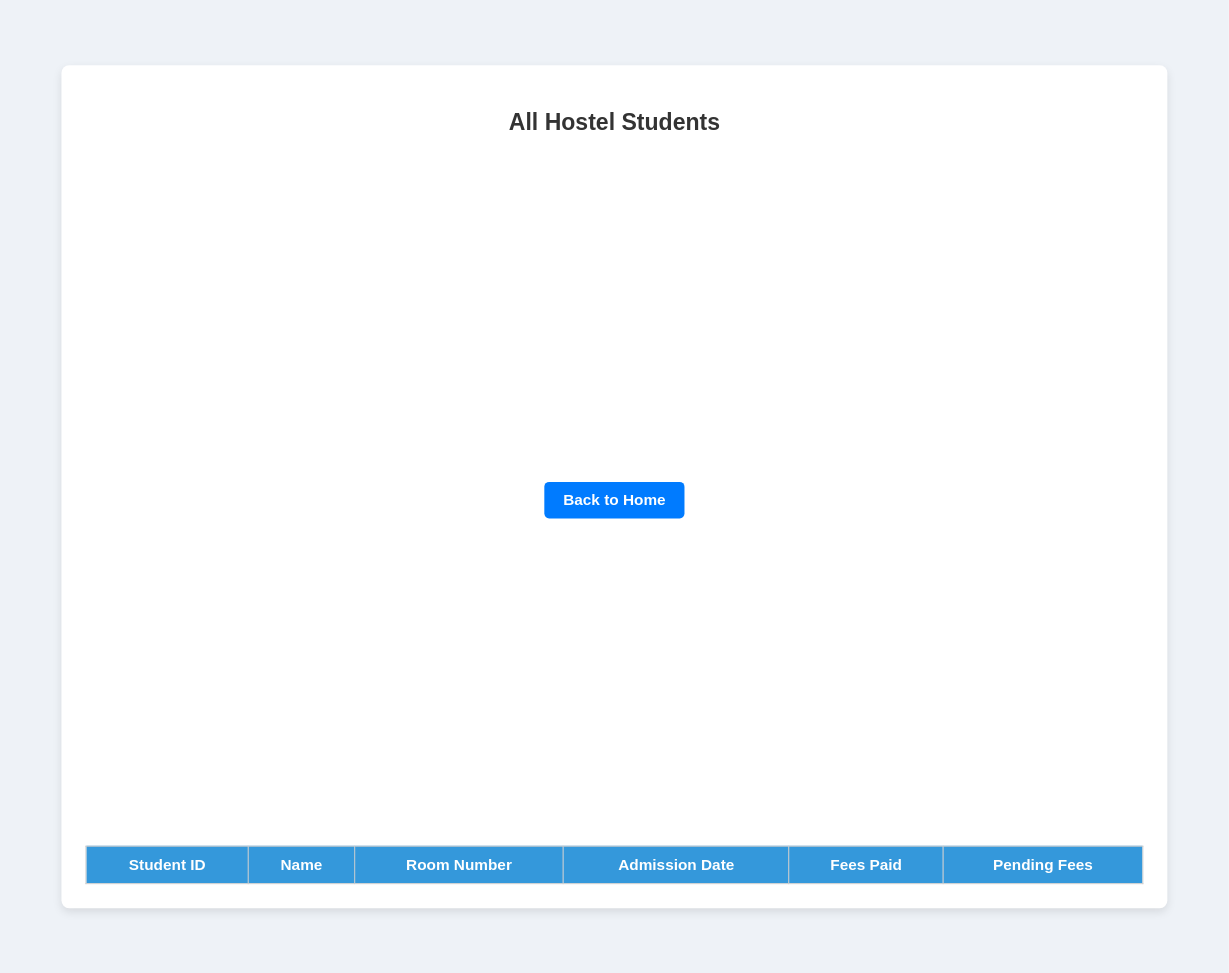
Repository: Adhyashetty-bit/Hostel-Management-System
Page: http://localhost/HostelWebApp/studentdisplay.jsp
The author's editor kept a copy of each file at every save. The page is drawn from the files as they stood at one save, then again after the next save.
The browser window is 1280 px wide. The pictures show the whole page, at 96% of full size.
The page is served by Tomcat 9. Queries for data that is not in the repository find no rows.

Above is the page before, as saved 2025-05-28 06:18:20.

After the next save:
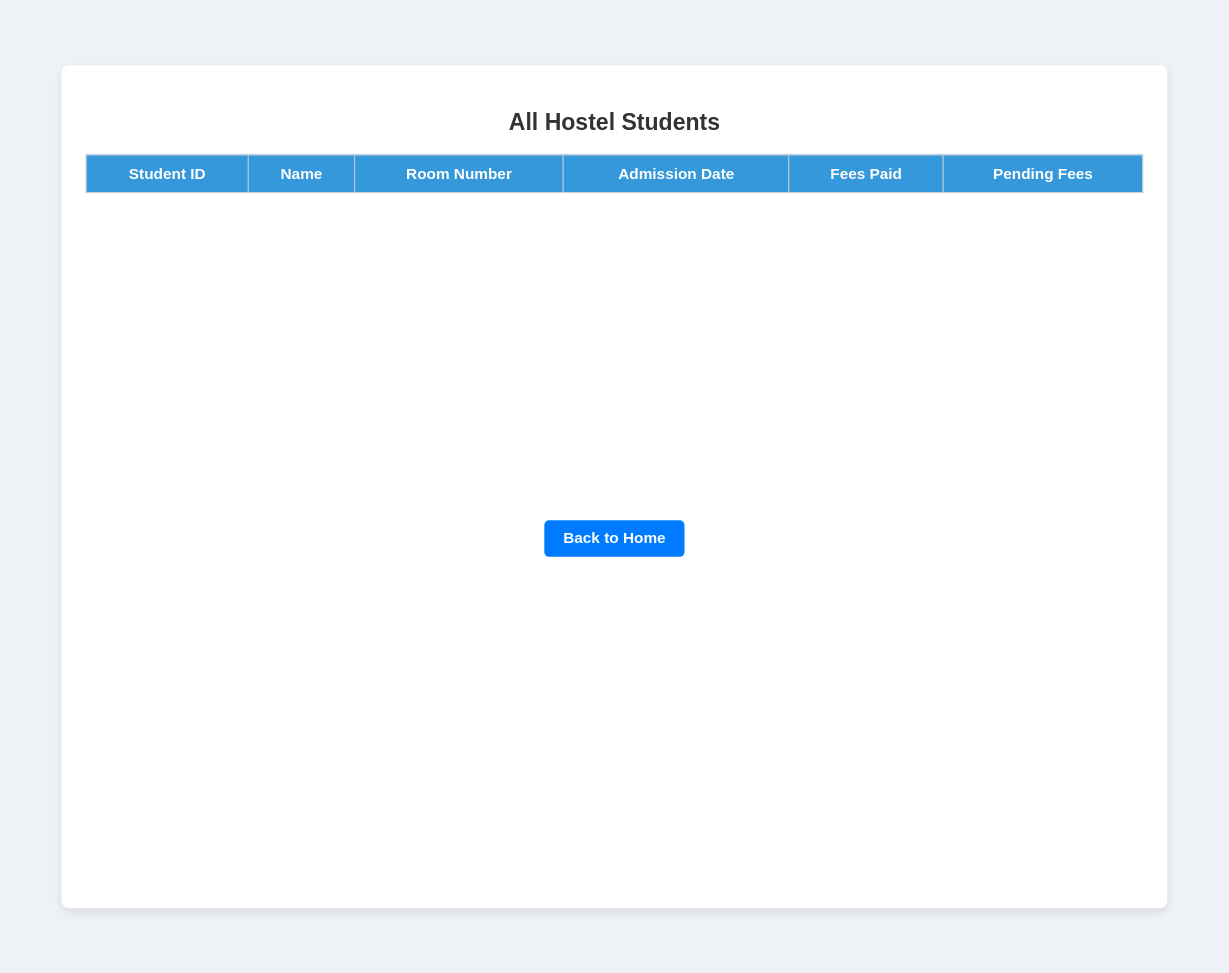
Saved 23 s later.
--- a/HostelWebApp/src/main/webapp/studentdisplay.jsp
+++ b/HostelWebApp/src/main/webapp/studentdisplay.jsp
@@ -79,10 +79,11 @@
         <%
             }
         %>
-        <div style="display: flex; justify-content: center; align-items: center; height: 100vh;">
+
+    </table>
+    <div style="display: flex; justify-content: center; align-items: center; height: 100vh;">
   <a href="index.jsp" style="display:inline-block; padding:10px 20px; background-color:#007bff; color:white; text-decoration:none; border-radius:5px; font-size:16px; font-weight:bold;">Back to Home</a>
 </div>
-    </table>
 </div>
 
 
